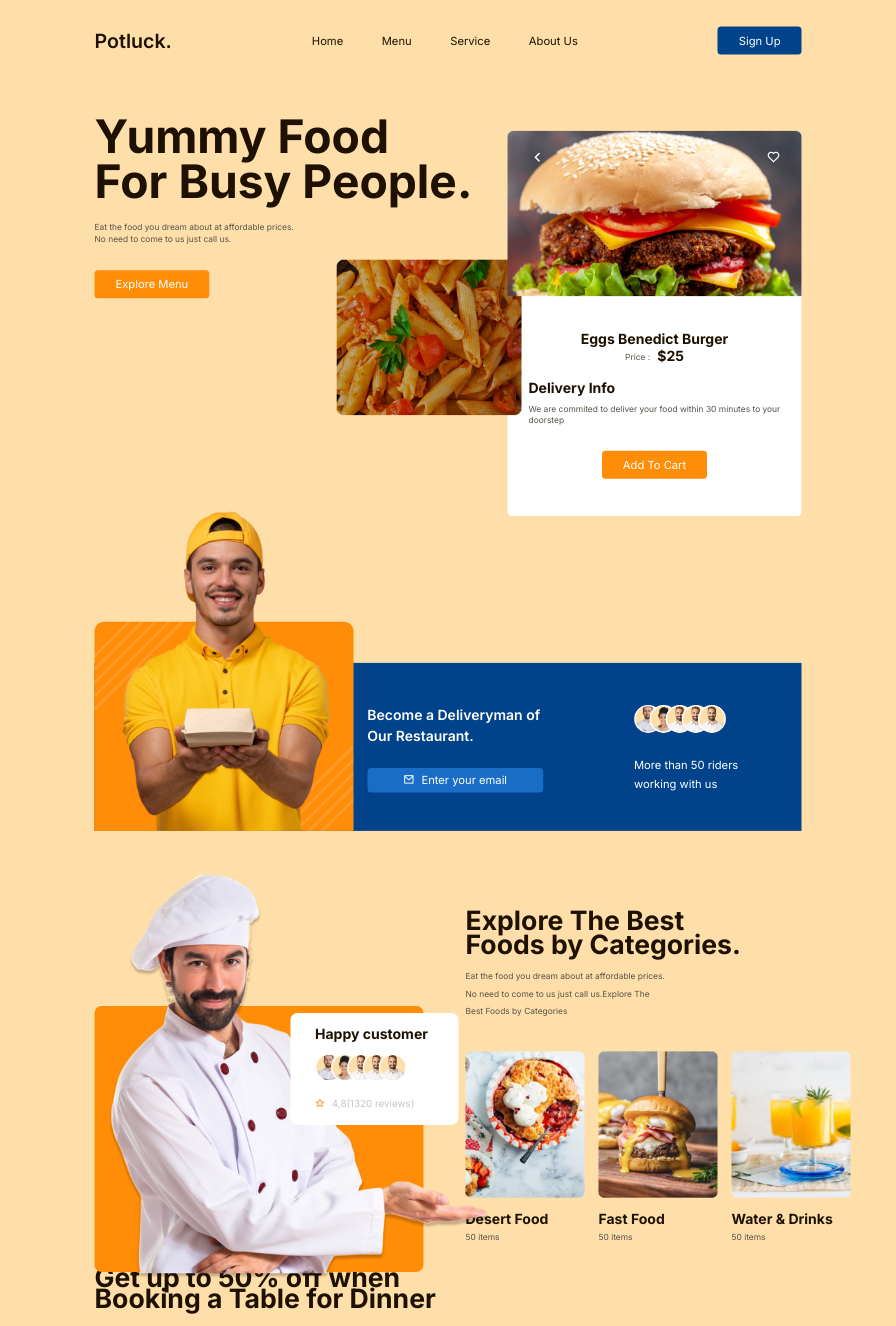
Repository: kien181999/potluck-restaurant-landing
Page: index.html
These files come from the project's save history. The page is drawn as it stood at one moment and after a run of saves; the edit follows.
The browser window is 1280 px wide. The pictures show the whole page, at 70% of full size.
The style sheet was rebuilt from its Sass, Less or Tailwind sources for each picture, by a compiler version that may differ from the author's.

Above is the page before, as saved 2022-06-20 21:44:16.

After the next 6 saves:
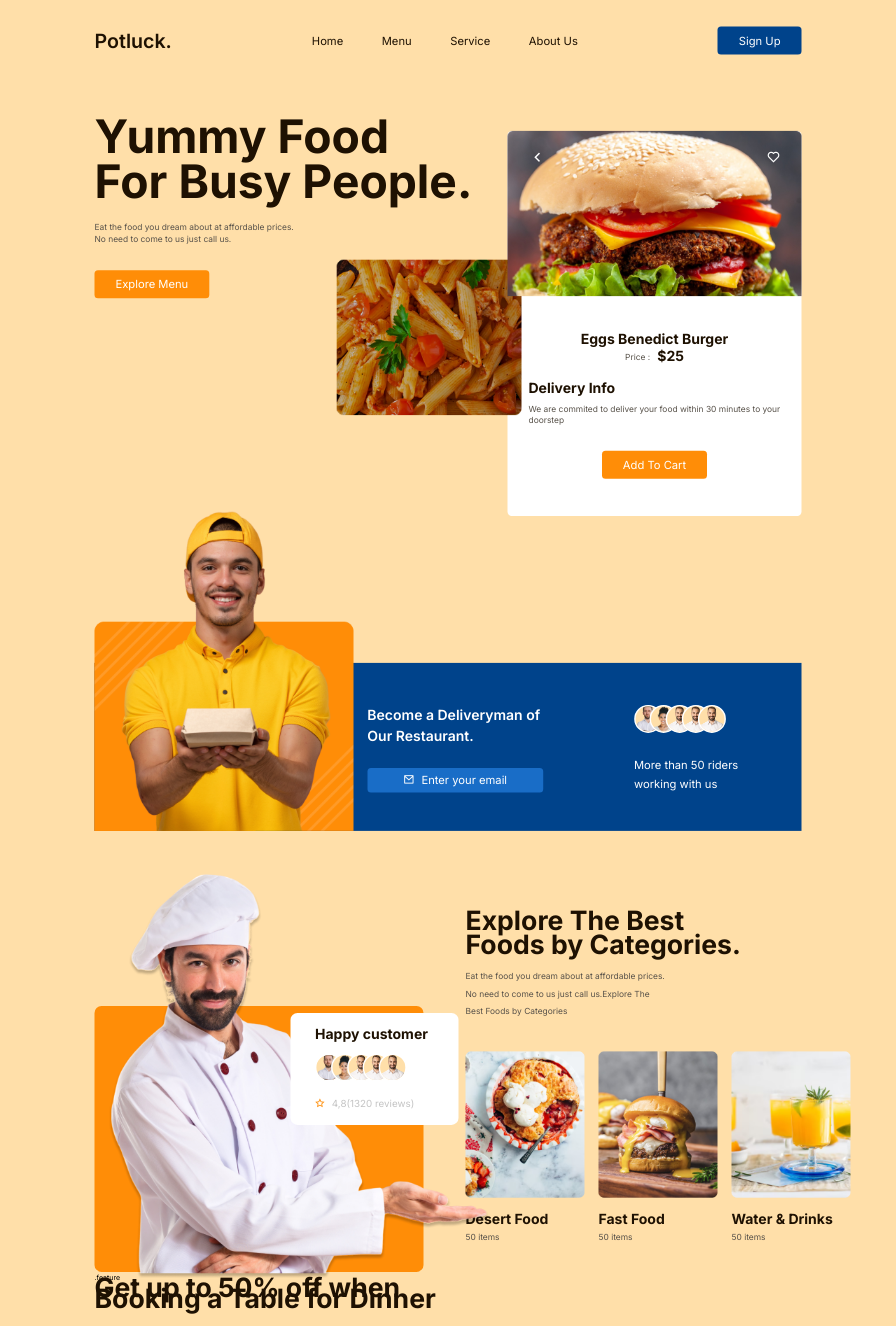
The 6 saves are shown as one change because they came seconds apart.
The last was saved 54 s later.
--- a/index.html
+++ b/index.html
@@ -176,10 +176,11 @@
             </div>
         </section>
         <section class="feature">
+            .feature
             <h2 class="heading-2-white">
                 Get up to 50% off when
             </h2>
-            <br>
+
             <h2 class="heading-2-white">
                 Booking a Table for Dinner
             </h2>
